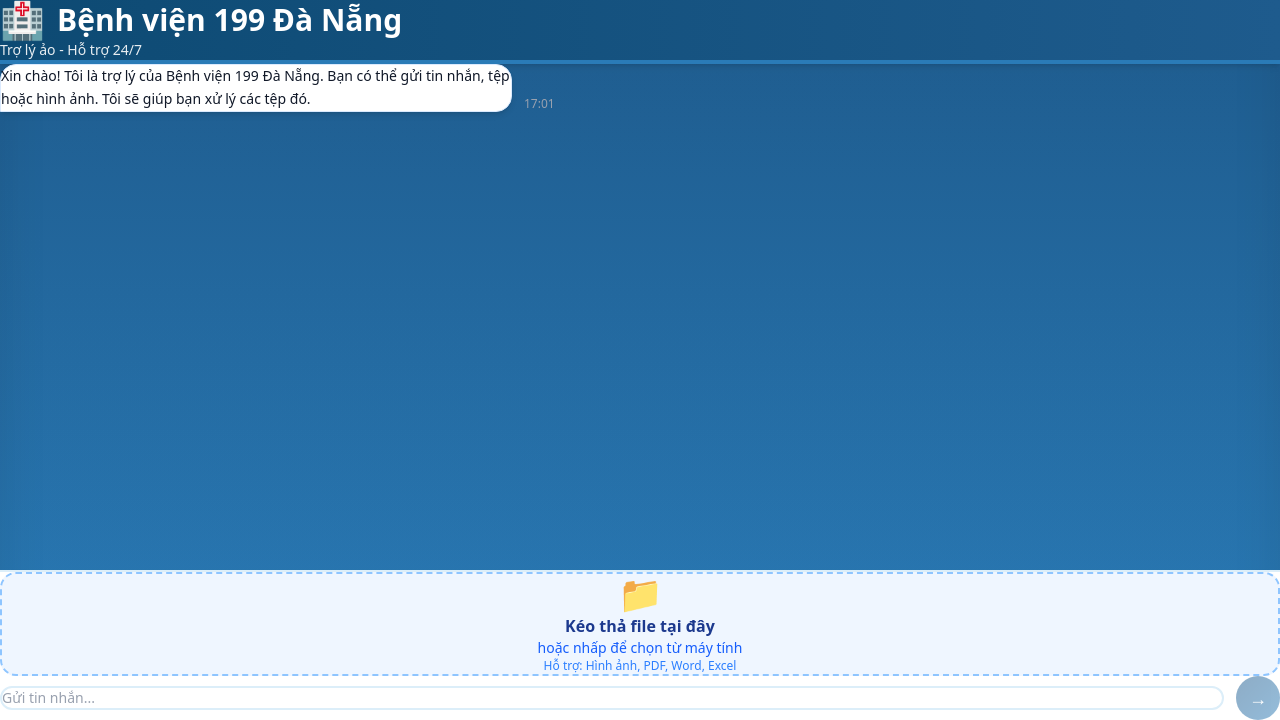
Repository: France2003/B-nh_Vi-n_199
Page: /
The author's editor kept a copy of each file at every save. The page is drawn from the files as they stood at one save, then again after the next save.
The browser window is 1280 px wide. The pictures show the whole page.
The project was rebuilt for these pictures with package versions that can differ from the ones it lists, and the page was loaded fresh each time. Also part of the build but not shown: vite.config.ts, src/App.css, src/components/FilePreview.tsx.

Above is the page before, as saved 2026-01-09 22:25:09.

After the next save:
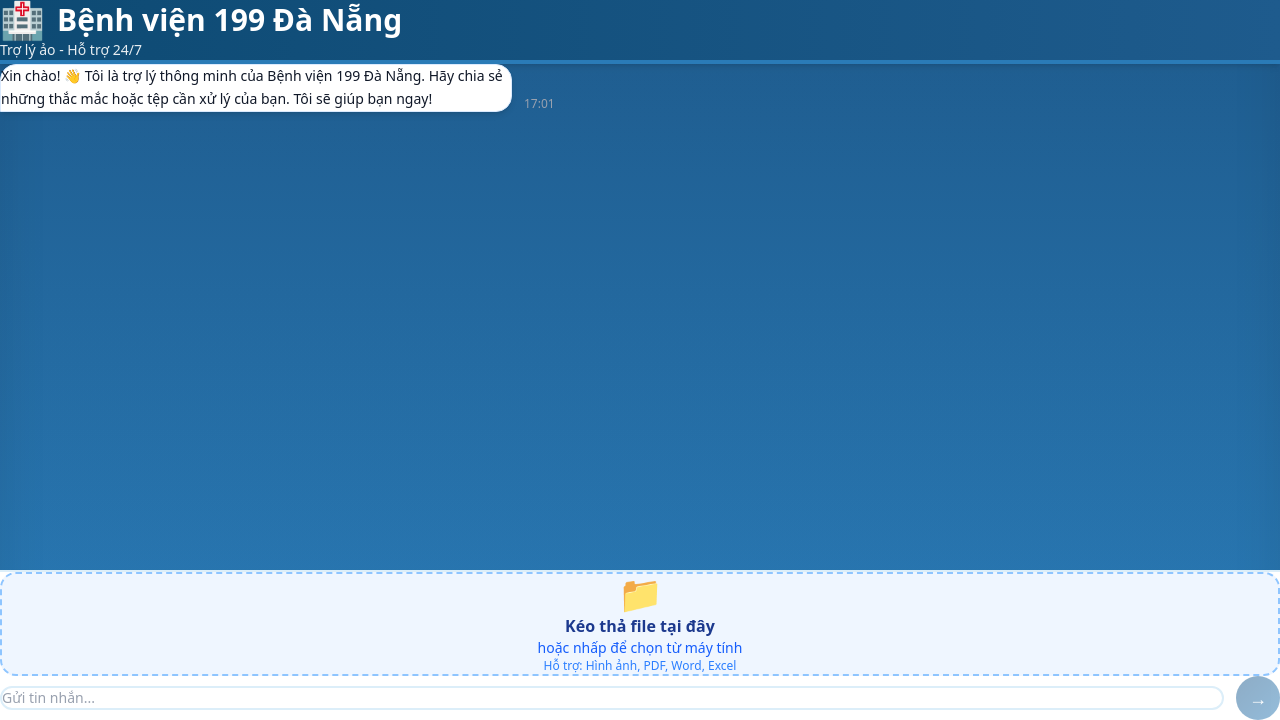
Saved 104 min 43 s later.
--- a/src/components/ChatBot.tsx
+++ b/src/components/ChatBot.tsx
@@ -9,7 +9,7 @@
     {
       id: '1',
       type: 'bot',
-      content: 'Xin chào! Tôi là trợ lý của Bệnh viện 199 Đà Nẵng. Bạn có thể gửi tin nhắn, tệp hoặc hình ảnh. Tôi sẽ giúp bạn xử lý các tệp đó.',
+      content: 'Xin chào! 👋 Tôi là trợ lý thông minh của Bệnh viện 199 Đà Nẵng. Hãy chia sẻ những thắc mắc hoặc tệp cần xử lý của bạn. Tôi sẽ giúp bạn ngay!',
       timestamp: new Date(),
     },
   ]);
